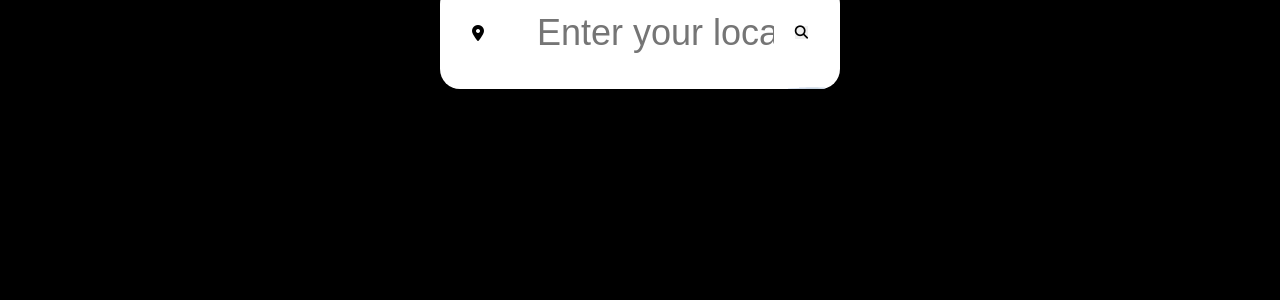
Repository: Pr1s0n3r627/weather
Page: index.html
The author's editor kept a copy of each file at every save. The page is drawn from the files as they stood at one save, then again after the next save.
The browser window is 1280 px wide. The pictures show the whole page.
Some web libraries are served in a nearby version.

Above is the page before, as saved 2024-05-18 23:00:22.
Not found: index.js

After the next save:
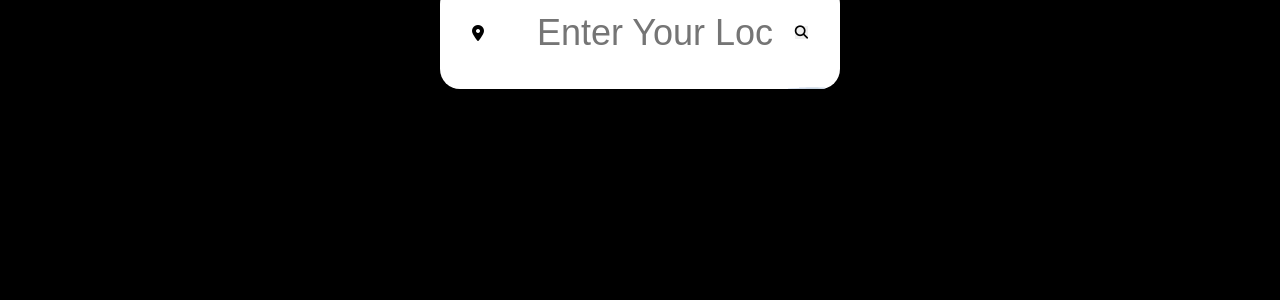
Saved 9 s later.
--- a/style.css
+++ b/style.css
@@ -46,5 +46,5 @@ body{
 .search-box input::placeholder{
     font-size: 36px;
     font-weight: 500;
-    text-transform: inherit;
+    text-transform: capitalize;
 }
